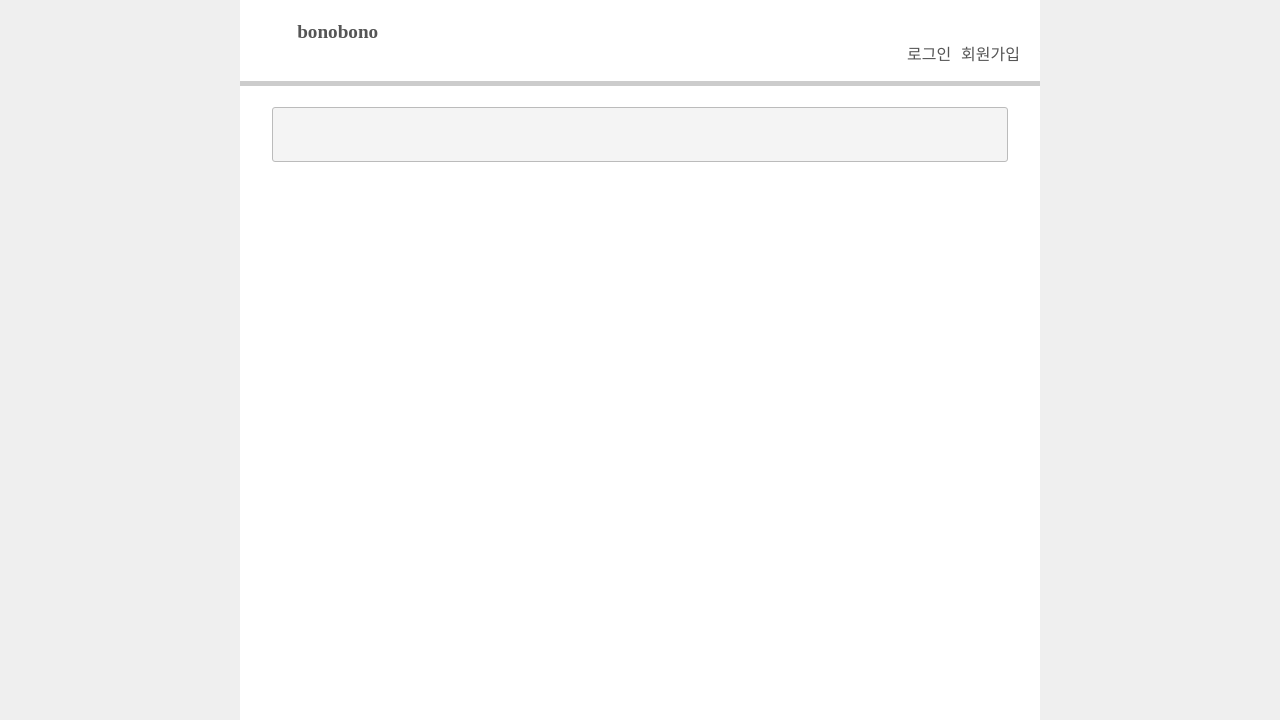
Repository: KKgeon/commonstudent
Page: WebClass/webPro/src/main/webapp/javascript/days03/ex02_02.html
These files come from the project's save history. The page is drawn as it stood at one moment and after the next save; the edit follows.
The browser window is 1280 px wide. The pictures show the whole page.
Some web fonts or font styles are not loaded; a fallback is used.

Above is the page before, as saved 2024-04-08 00:46:58.
Console error: SyntaxError: Unexpected number

After the next save:
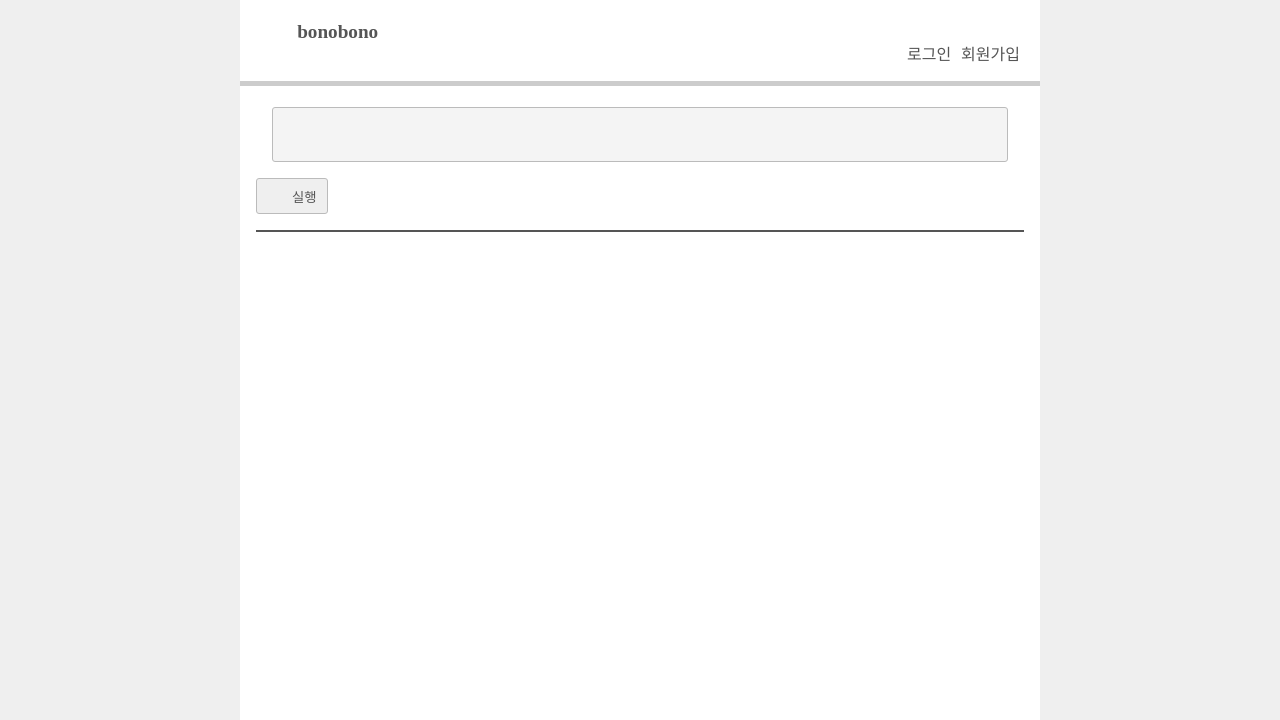
The error is gone.
Saved 16 min 7 s later.
--- a/WebClass/webPro/src/main/webapp/javascript/days03/ex02_02.html
+++ b/WebClass/webPro/src/main/webapp/javascript/days03/ex02_02.html
@@ -25,31 +25,34 @@
 <div>
   <xmp class="code">
   </xmp>
+  <button>실행</button>
+  <p id="demo" style="border:1px solid"></p>
 </div>
+  <!-- table[border=1 width=300]>tr*3>td*3>lorem1 -->
 <script>
-    let content = "";
-content += "<table border="1" style="width:300px"> ";
-content += "	<tr>                      ";
-content += "		<td>Lorem.</td>       ";
-content += "		<td>Saepe.</td>       ";
-content += "		<td>Odio!</td>        ";
-content += "	</tr>                     ";
-content += "	<tr>                      ";
-content += "		<td>Lorem.</td>       ";
-content += "		<td>Atque?</td>       ";
-content += "		<td>Provident.</td>   ";
-content += "	</tr>                     ";
-content += "	<tr>                      ";
-content += "		<td>Lorem.</td>       ";
-content += "		<td>Explicabo!</td>   ";
-content += "		<td>Quidem.</td>      ";
-content += "	</tr>					  ";
-content += "</table>";
+   let cotnent = "";
+   cotnent += "<table border='1' style='width:300px'>";
+   cotnent += "	<tr>                                 ";
+   cotnent += "		<td>Lorem.</td>                  ";
+   cotnent += "		<td>Architecto.</td>             ";
+   cotnent += "		<td>Fugiat.</td>                 ";
+   cotnent += "	</tr>                                ";
+   cotnent += "	<tr>                                 ";
+   cotnent += "		<td>Lorem.</td>                  ";
+   cotnent += "		<td>Explicabo!</td>              ";
+   cotnent += "		<td>Harum.</td>                  ";
+   cotnent += "	</tr>                                ";
+   cotnent += "	<tr>                                 ";
+   cotnent += "		<td>Lorem.</td>                  ";
+   cotnent += "		<td>Asperiores.</td>             ";
+   cotnent += "		<td>Ex!</td>                     ";
+   cotnent += "	</tr>                                ";
+   cotnent += "</table>                              ";
 
-document.querySelector("button").onclick=()=>{
-    document.querySelector("p#demo").innerHTML=content;
-    document.write(content);
-}
+   document.querySelector("button").onclick = ()=>{
+       // document.querySelector("p#demo").innerHTML = cotnent;
+       document.write(cotnent);
+   };
 </script>
 </body>
 </html>
